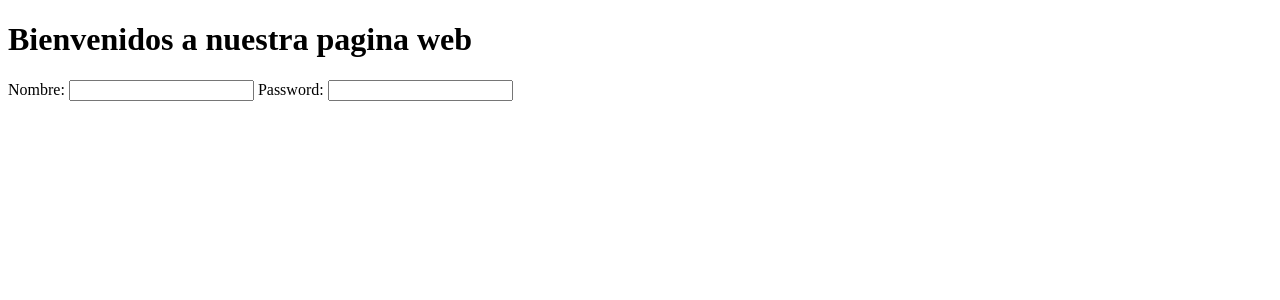
Repository: fherrerad/NocionesJava
Page: 05_Web/WebContent/inicio.html
An editor plug-in stored every save of this project. The page is shown before and after the next save, followed by the edit.
The browser window is 1280 px wide. The pictures show the whole page.

Above is the page before, as saved 2019-04-24 10:50:00.

### 05_Web/WebContent/inicio.html
<!DOCTYPE html>
<html>
<head>
<meta charset="UTF-8">
<title>Insert title here</title>
</head>
<body>
	<h1>Bienvenidos a nuestra pagina web</h1>
	<form action="">
		Nombre: <input type="text" name="nombreUsuario"></input>
		Password: <input type="text" name="passwordUsuario"></input>
	</form>
</body>
</html>

After the next save:
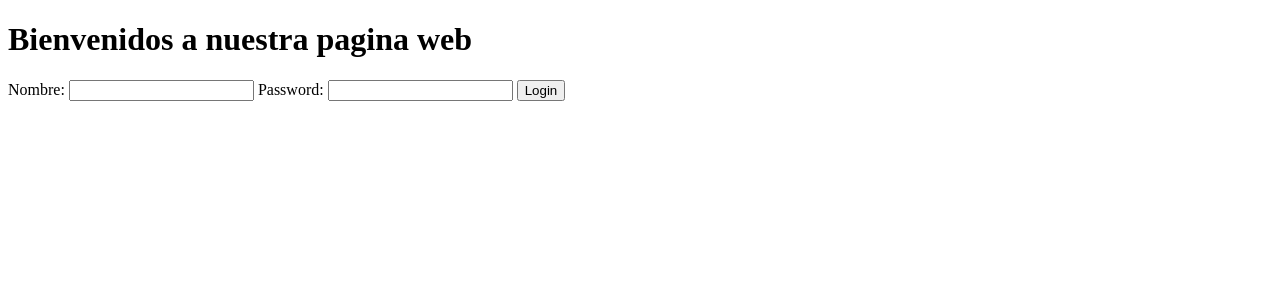
Saved 55 s later.
--- a/05_Web/WebContent/inicio.html
+++ b/05_Web/WebContent/inicio.html
@@ -9,6 +9,7 @@
 	<form action="">
 		Nombre: <input type="text" name="nombreUsuario"></input>
 		Password: <input type="text" name="passwordUsuario"></input>
+		<input type="submit" value="Login"></input>
 	</form>
 </body>
 </html>
